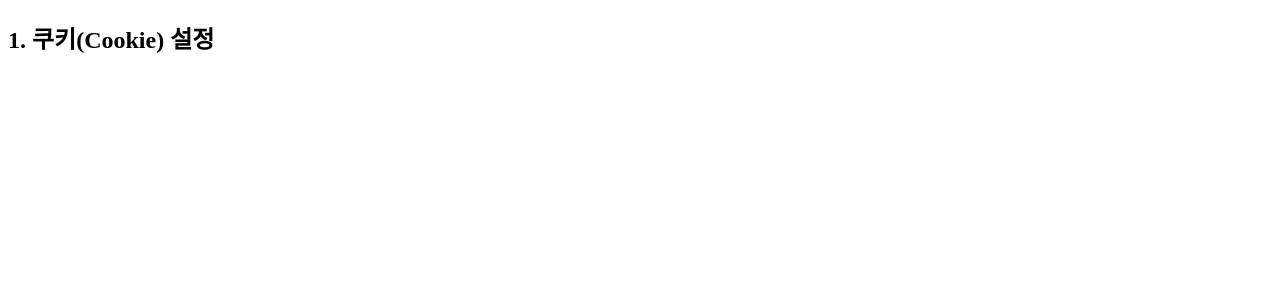
Repository: Motibidu/JSP_Servlet
Page: http://localhost/MushHaveJsp/04Cookie/CookieMain.jsp
These files come from the project's save history. The page is drawn as it stood at one moment and after a run of saves; the edit follows.
The browser window is 1280 px wide. The pictures show the whole page.
The page is served by Tomcat 10.

Above is the page before, as saved 2025-05-07 04:05:30.

After the next 2 saves:
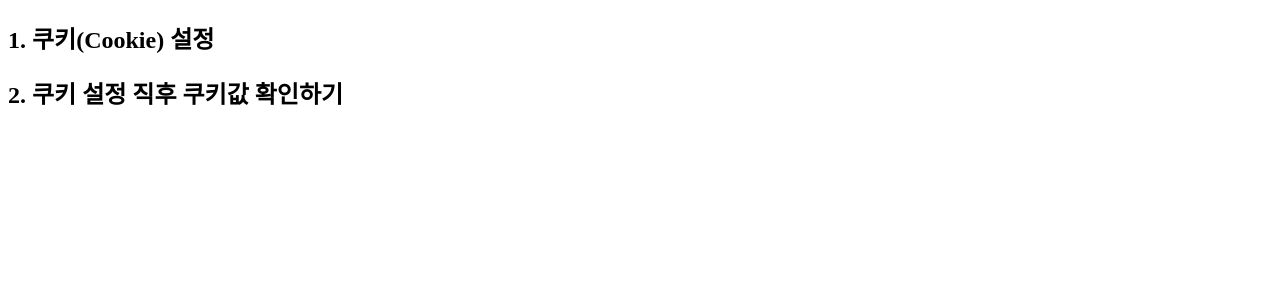
The 2 saves are shown as one change because 1 did not build or start.
The last was saved 16 s later.
--- a/MushHaveJsp/src/main/webapp/04Cookie/CookieMain.jsp
+++ b/MushHaveJsp/src/main/webapp/04Cookie/CookieMain.jsp
@@ -13,6 +13,8 @@
 	cookie.setPath(request.getContextPath());
 	cookie.setMaxAge(3600);
 	response.addCookie(cookie);
+
 	%>
+	<h2>2. 쿠키 설정 직후 쿠키값 확인하기</h2>
 </body>
 </html>
